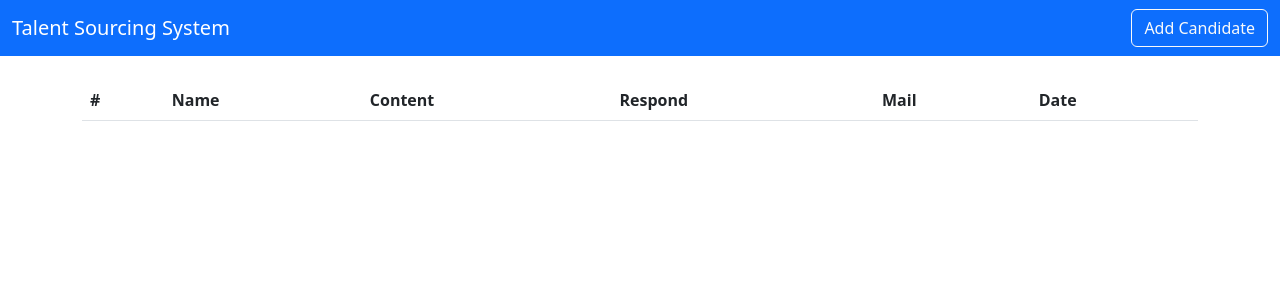
Repository: mfd10/talent-sourcing-system-frontend
Page: /
These files come from the project's save history. The page is drawn as it stood at one moment and after the next save; the edit follows.
The browser window is 1280 px wide. The pictures show the whole page.
The page's requests for data from a server got no answer. The project was rebuilt for these pictures with package versions that can differ from the ones it lists, and the page was loaded fresh each time. No one was signed in, and anything a server would have sent is missing.

Above is the page before, as saved 2022-11-11 21:14:19.

### src/index.js
import React from 'react';
import ReactDOM from 'react-dom/client';
import App from './App';
import reportWebVitals from './reportWebVitals';

const cors = require('cors');
const corsOptions ={
    origin:'http://localhost:3000',
    credentials:true,            //access-control-allow-credentials:true
    optionSuccessStatus:200
}

const root = ReactDOM.createRoot(document.getElementById('root'));
root.render(
  <React.StrictMode>
    <App />
  </React.StrictMode>
);

// If you want to start measuring performance in your app, pass a function
// to log results (for example: reportWebVitals(console.log))
// or send to an analytics endpoint. Learn more: https://bit.ly/CRA-vitals
reportWebVitals();
App.use(cors(corsOptions));

### src/App.js
import "../node_modules/bootstrap/dist/css/bootstrap.min.css"
import Navbar from './layout/Navbar';
import Home from "./pages/Home";

function App() {
  return (
    <div className="App">

      <Navbar></Navbar>
      <Home/>
    </div>
  );
}

export default App;

### src/layout/Navbar.js
import React from "react";

export default function Navbar() {
  return (
    <div>
      <nav className="navbar navbar-expand-lg navbar-dark bg-primary">
        <div className="container-fluid">
          <a href="/#" className="navbar-brand" >
            Talent Sourcing System
          </a>
          <button
            className="navbar-toggler"
            type="button"
            data-bs-toggle="collapse"
            data-bs-target="#navbarSupportedContent"
            aria-controls="navbarSupportedContent"
            aria-expanded="false"
            aria-label="Toggle navigation"
          >
            <span className="navbar-toggler-icon"></span>
          </button>
          <button className="btn btn-outline-light">Add Candidate
          </button>
        </div>
      </nav>
    </div>
  );
}

### src/pages/Home.js
import React, { useEffect, useState } from "react";
import axios from "axios";

export default function Home() {
  const [candidates, setCandidates] = useState([]);

  useEffect(() => {
    loadCandidates();
  },[]);

  const loadCandidates = async () => {
    const result = await axios.get("http://localhost:8080/candidate/candidates");
    setCandidates(result.data);
  };

  return (
    <div className="container">
      <div className="py-4">
        <table className="table table-striped ">
          <thead>
            <tr>
              <th scope="col">#</th>
              <th scope="col">Name</th>
              <th scope="col">Content</th>
              <th scope="col">Respond</th>
              <th scope="col">Mail</th>
              <th scope="col">Date</th>
            </tr>
          </thead>
          <tbody>
           {
            candidates.map((candidate, index)=>(
              <tr>
              <th scope="row" key={index}>{index+1}</th>
              <td>{candidate.name}</td>
              <td>{candidate.content}</td>
              <td>{candidate.candidate_responded}</td>
              <td>{candidate.mail}</td>
              {/* TODO: Date Tarih gösterimi düzeltilecek */}
              <td>{candidate.date}</td>
            </tr>
            ))
           }
          </tbody>
        </table>
      </div>
    </div>
  );
}

Loaded but not shown: public/index.html (common file); src/reportWebVitals.js (common file)

After the next save:
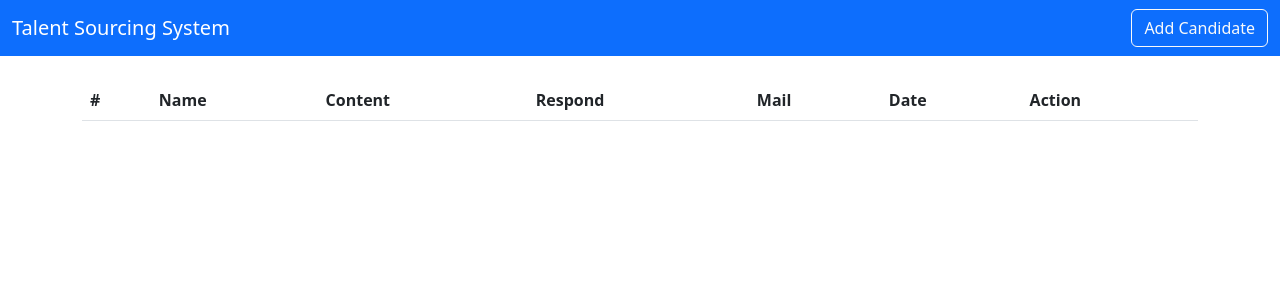
Saved 22 s later.
--- a/src/pages/Home.js
+++ b/src/pages/Home.js
@@ -25,6 +25,7 @@ export default function Home() {
               <th scope="col">Respond</th>
               <th scope="col">Mail</th>
               <th scope="col">Date</th>
+              <th scope="col">Action</th>
             </tr>
           </thead>
           <tbody>
